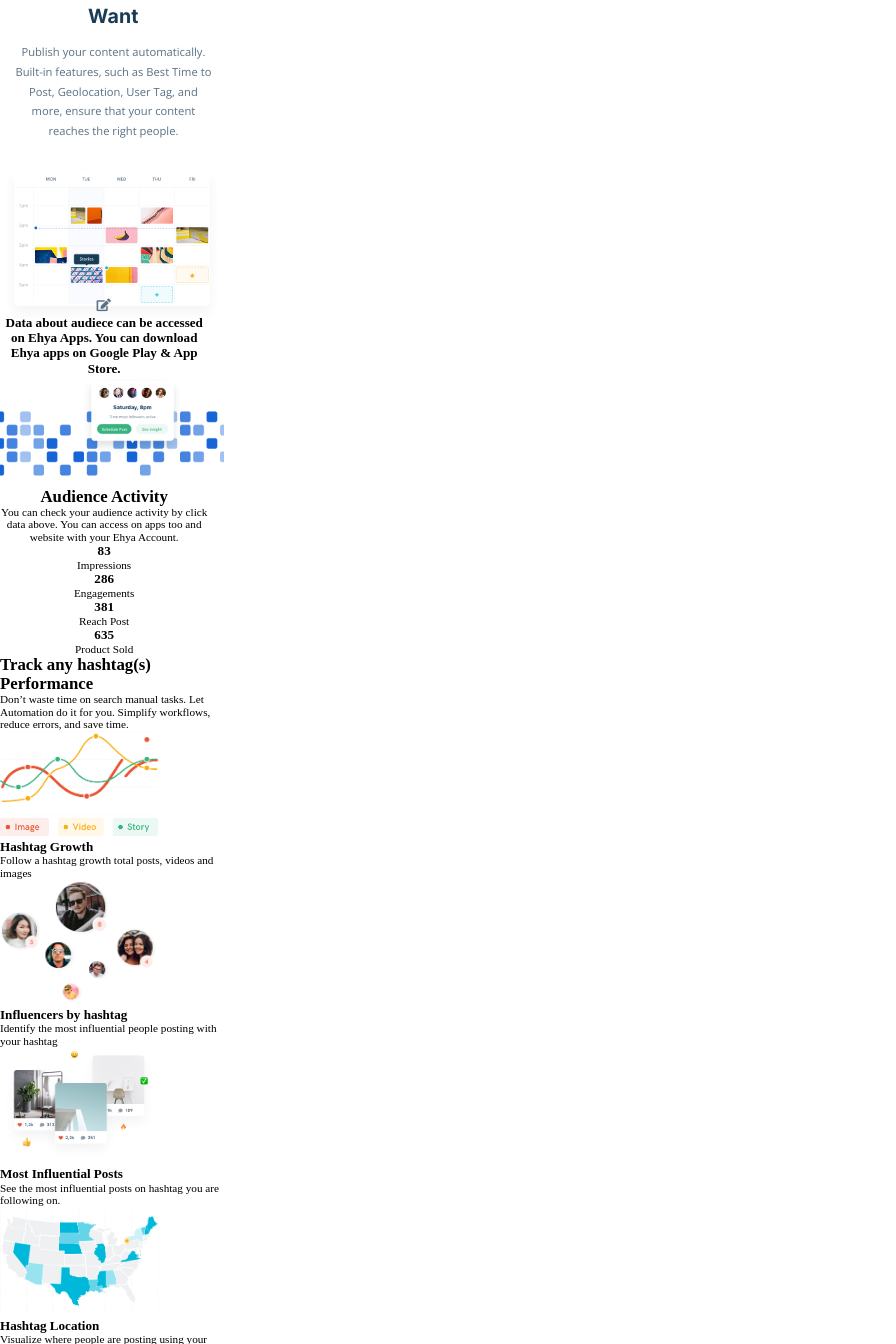
Repository: Eduardo-Tamborelli-Ferreira-lino/FrontEnd
Page: projetos/Prova-CSS/index.html
These files come from the project's save history. The page is drawn as it stood at one moment and after the next save; the edit follows.
The browser window is 1280 px wide. The pictures show the part of the page from y = 1678 to 3598 px (the page is 5156 px tall before and 5160 px after), at 70% of full size.

Above is the page before, as saved 2026-03-12 14:07:04.

### projetos/Prova-CSS/index.html
<!DOCTYPE html>
<html lang="en">

<head>
    <meta charset="UTF-8">
    <meta name="viewport" content="width=device-width, initial-scale=1.0">
    <link rel="stylesheet" href="style.css">
    <title>Ehya</title>
</head>

<body>
    <div id="background-start"></div>

    <!-- Construção do Header Para o Desktop e Mobile -->
    <header class="container">
        <div class="logo">
            <img src="./Image/Header/Logo.png" alt="Website brand logo">
        </div>
        <div id="menu-mobile">
            <img src="./Image/Header/Menu_hamburger.png" alt="Hamburger menu for website actions. ">
        </div>
        <div id="menu-desktop">
            <nav>
                <ul>
                    <li><a href="#">Home</a></li>
                    <li><a href="#">Landings</a></li>
                    <li><a href="#">Pages</a></li>
                    <li><a href="#">Docs</a></li>
                    <li><a href="#">Help</a></li>
                    <li><a href="#">Get it now</a></li>
                </ul>
            </nav>
        </div>

    </header>


    <main>

        <section id="hero">

            <div id="hero-content" , class="container">
                <div id="hero-title">
                    <h1>
                        Track Instagram
                        Business Performance
                    </h1>
                </div>
                <div id="hero-subtitle">
                    <p>
                        Ehya is the Instagram analytics platform teams use to stay focused on the goals, track
                        engagement for report your business .
                    </p>
                </div>
                <div id="hero-button">
                    <a href="#">Get 14-Days Trial</a>
                </div>
                <div id="Dashboard">
                    <img src="./Image/Main/Dashboard/Dashboard.png"
                        alt="Dashboard to the Most Imports Information on Brand">
                </div>
            </div>

        </section>

        <section id="partners" , class="container">

            <div id="all-partners">
                <div class="partners-image">
                    <div id="Slack">
                        <img src="./Image/Main/Brands/Slack.png" alt="Image of Partner Slack">
                    </div>
                </div>
                <div class="partners-image">
                    <div id="Netflix">
                        <img src="./Image/Main/Brands/Netflix.png" alt="Image of Partner Netflix">
                    </div>
                </div>
                <div class="partners-image">
                    <div id="Google">
                        <img src="./Image/Main/Brands/Google.png" alt="Image of Partner Google">
                    </div>
                </div>
                <div class="partners-image">
                    <div id="Airbnb">
                        <img src="./Image/Main/Brands/Airbnb.png" alt="Image of Partner Airbnb">
                    </div>
                </div>
                <div class="partners-image">
                    <div id="Uber">
                        <img src="./Image/Main/Brands/Uber.png" alt="Image of Partner Uber">
                    </div>
                </div>




            </div>

        </section>

        <div class="line-divider"></div>

        <section id="main-content" , class="container">

            <div id="Feature">

                <div id="impressions">
                    <div id="impressions-title">
                        <h2>
                            Measure Impressions
                            and Reach Post
                        </h2>
                    </div>
                    <div id="impressions-subtitle">
                        <p>
                            Graphs displaying your performance
                            for metrics like follower
                            evolution, average engagement rate
                            per post and reach
                            and impressions to give you the
                            insights.
                        </p>
                    </div>
                    <div id="impressions-button">
                        <a href="#">Learn More</a>
                        <img src="./Image/Main/Icons/Icon_Arrow.png"
                            alt="Arrow to indicate that the button leads to another page. ">
                    </div>
                    <div id="impressions-graph">
                        <img src="./Image/Main/Graph/Graph.png"
                            alt="Graph of Impressions and Reach History of the Brand">
                    </div>
                </div>

                <div id="schedule">

                    <div id="schedule-title">
                        <h2>
                            Schedule Your Post
                            Whenever You Want
                        </h2>
                    </div>
                    <div id="schedule-subtitle">
                        <p>
                            Publish your content automatically. Built-in features, such as Best Time to Post,
                            Geolocation, User Tag, and more, ensure that your content reaches the right people.
                        </p>
                    </div>
                    <div id="schedule-graph">
                        <img src="./Image/Main/Graph/Week_Graph .png" alt="Graph of week's agenda">
                    </div>
                    <div id="line-divider-schedule"></div>
                    <div id="schedule-help">
                        <img src="./Image/Main/Icons/Icon_pencil.png" alt="icon to indicate editing">
                        <h3>
                            Data about audiece can be accessed on Ehya Apps.
                            You can download Ehya apps on Google Play & App Store.
                        </h3>
                    </div>

                </div>

            </div>

            <div id="audience">

                <div id="audience-image">
                    <img src="./Image/Main/Graph/follows_Graph .png" alt="Audience Viewing Image">
                </div>

                <div id="audience-title">
                    <h2>
                        Audience Activity
                    </h2>
                </div>

                <div id="audience-subtitle">
                    <p>
                        You can check your audience activity by click data above.
                        You can access on apps too and website with your Ehya Account.
                    </p>
                </div>

                <div id="audience-activity">
                    <div class="audience-informations">
                        <h3>
                            83
                        </h3>
                        <p>
                            Impressions
                        </p>
                    </div>
                    <div class="audience-informations">
                        <h3>
                            286
                        </h3>
                        <p>
                            Engagements
                        </p>
                    </div>
                    <div class="audience-informations">
                        <h3>
                            381
                        </h3>
                        <p>
                            Reach Post
                        </p>
                    </div>
                    <div class="audience-informations">
                        <h3>
                            635
                        </h3>
                        <p>
                            Product Sold
                        </p>
                    </div>
                </div>

            </div>

        </section>

        <section id="track-background">

            <section id="track-hashtag" , class="container">

                <div id="track-title">
                    <h2>
                        Track any hashtag(s) Performance
                    </h2>
                </div>
                <div id="track-subtitle">
                    <p>
                        Don’t waste time on search manual tasks. Let Automation do it for you.
                        Simplify workflows, reduce errors, and save time.
                    </p>
                </div>
                <div class="track-card">
                    <div id="card-graph">
                        <img src="./Image/Main/Track-card/Graph-card.png" alt="Graph of hashtag Growth">
                    </div>
                    <div id="Graph-description">
                        <img src="./Image/Main/Track-card/Graph-information.png"
                            alt="Description of each line in the graph">
                    </div>
                    <div class="card-title">
                        <h3>
                            Hashtag Growth
                        </h3>
                    </div>
                    <div class="card-subtitle">
                        <p>
                            Follow a hashtag growth total posts, videos
                            and images
                        </p>
                    </div>
                </div>
                <div class="track-card">
                    <div id="card-image">
                        <img src="./Image/Main/Track-card/Influencers.png" alt="Influencers by hashtag">
                    </div>
                    <div class="card-title">
                        <h3>
                            Influencers by hashtag
                        </h3>
                    </div>
                    <div class="card-subtitle">
                        <p>
                            Identify the most influential people posting with
                            your hashtag
                        </p>
                    </div>
                </div>
                <div class="track-card">
                    <div id="card-posts">
                        <img src="./Image/Main/Track-card/Posts.png" alt="Most Influential Posts">
                    </div>
                    <div class="card-title">
                        <h3>
                            Most Influential Posts
                        </h3>
                    </div>
                    <div class="card-subtitle">
                        <p>
                            See the most influential posts on hashtag you
                            are following on.
                        </p>
                    </div>
                </div>
                <div class="track-card">
                    <div id="card-Map">
                        <img src="./Image/Main/Track-card/Map.png" alt="Map of Hashtag Location">
                    </div>
                    <div class="card-title">
                        <h3>
                            Hashtag Location
                        </h3>
                    </div>
                    <div class="card-subtitle">
                        <p>
                            Visualize where people are posting using your
                            hashtag made.
                        </p>
                    </div>
                </div>
            </section>

            <div class="line-divider"></div>

            <section id="testimonials" , class="container">

                <div id="testimonials-hearder">
                    <div id="testimonials-title">
                        <h3>
                            Ehya is loved by users
                        </h3>
                    </div>
                    <div id="testimonials-arrows">
                        <img src="./Image/Main/testimonials/Button-arrow-left.png"
                            alt="Left Arrom To Move for the last testimonials">
                        <img src="./Image/Main/testimonials/Button-arrow-right.png"
                            alt="Right Arrom To Move for the Next testimonials">
                    </div>
                </div>
                <div id="testimonials-box">
                    <div class="testimonials-card">
                        <div class="card-photos">
                            <img src="./Image/Main/testimonials/Photo-jaquon.png" alt="Photo of Jaquon Hart">
                        </div>
                        <div class="card-stars">
                            <img src="./Image/Main/testimonials/Star-Jaquon.png" alt="User Rating">
                        </div>
                        <div class="testimonials-text">
                            <h5>
                                “With Ehya, we’re able to easily track our performance in full detail.
                                It’s become an essential tool for us to grow and engage with our audience.”
                            </h5>
                        </div>
                        <div class="testimonials-identification">
                            <h4 class="testimonials-name">
                                Jaquon Hart
                            </h4>
                            <p class="testimonials-Job">
                                Digital Marketing Executive, Hypebeast
                            </p>
                        </div>
                    </div>
                    <div class="testimonials-card">
                        <div class="card-photos">
                            <img src="./Image/Main/testimonials/Phto-Harider.png" alt="Photo of Harider Bharwal">
                        </div>
                        <div class="card-stars">
                            <img src="./Image/Main/testimonials/Star-Harider.png" alt="User Rating">
                        </div>
                        <div class="testimonials-text">
                            <h5>
                                “With Ehya, we’re able to easily track our performance in full detail.
                                It’s become an essential tool for us to grow and engage with our audience.”
                            </h5>
                        </div>
                        <div class="testimonials-identification">
                            <h4 class="testimonials-name">
                                Harider Bharwal
                            </h4>
                            <p class="testimonials-Job">
                                Product Manager of Salestation Asia
                            </p>
                        </div>
                    </div>
                </div>

            </section>

        </section>


        <section id="sing-up">

            <div id="sign-box">
                <div id="sign-left-image">
                    <img src="./Image/Main/Sing/Left-side.png" alt="Left Side Images">
                </div>
                <div id="sign-information">
                    <div id="Information-title">
                        <h2>
                            Grow your brand
                            presence on social media.
                        </h2>
                    </div>
                    <div id="Information-text">
                        <p>
                            Try Ehya free for 14 days. No credit card required.
                        </p>
                    </div>
                    <div id="Information-button">
                        <a href="#">Sign Up for Free Trial</a>
                    </div>
                </div>
                <div id="sign-right-image">
                    <img src="./Image/Main/Sing/Right side.png" alt="right Side Images">
                </div>
            </div>

        </section>

    </main>

    <footer>

        <section id="main-footer" , class="container">

            <section id="footer-about">
                <div class="logo">
                    <img src="./Image/Header/Logo.png" alt="Logo of the brand">
                </div>
                <div id="footer-about-description">
                    <p>
                        Build a modern and creative website with crealand
                    </p>
                </div>
                <div id="about-social-icons">
                    <img src="./Image/Footer/Icons/Google-icon.png" alt="Google Icon">
                    <img src="./Image/Footer/Icons/Twitter-icon.png" alt="Twitter Icon">
                    <img src="./Image/Footer/Icons/Instagram-icon.png" alt="Instagram Icon">
                    <img src="./Image/Footer/Icons/linkedin-icon.png" alt="Linkedin Icon">
                </div>
            </section>

            <section id="links-products">
                <div class="links-box">
                    <div class="links-title">
                        Product
                    </div>
                    <div class="links">
                        <nav>
                            <ul>
                                <li><a href="#">Landingpage</a></li>
                                <li><a href="#">Features</a></li>
                                <li><a href="#">Documentation</a></li>
                                <li><a href="#">Referral Program</a></li>
                                <li><a href="#">Pricing</a></li>
                            </ul>
                        </nav>
                    </div>
                </div>
                <div class="links-box">
                    <div class="links-title">
                        Services
                    </div>
                    <div class="links">
                        <nav>
                            <ul>
                                <li><a href="#">Documentation</a></li>
                                <li><a href="#">Design</a></li>
                                <li><a href="#">Themes</a></li>
                                <li><a href="#">Illustrations</a></li>
                                <li><a href="#">UI Kit</a></li>
                            </ul>
                        </nav>
                    </div>
                </div>
                <div class="links-box">
                    <div class="links-title">
                        Company
                    </div>
                    <div class="links">
                        <nav>
                            <ul>
                                <li><a href="#">About</a></li>
                                <li><a href="#">Terms</a></li>
                                <li><a href="#">Privacy Policy</a></li>
                                <li><a href="#">Careers</a></li>
                            </ul>
                        </nav>
                    </div>
                </div>
                <div class="links-box">
                    <div class="links-title">
                        More
                    </div>
                    <div class="links">
                        <nav>
                            <ul>
                                <li><a href="#">Documentation</a></li>
                                <li><a href="#">License</a></li>
                                <li><a href="#">Changelog</a></li>
                            </ul>
                        </nav>
                    </div>
                </div>
            </section>

            <section id="copyright">

                <div id="copyright-heart">
                    <img src="./Image/Footer/Heart/Heart.png" alt="Heart Icon">
                </div>
                <div id="copyright-text">
                    <p>
                        Copyright © 2019. Crafted with love.
                    </p>
                </div>

            </section>

        </section>

    </footer>

</body>

</html>

### projetos/Prova-CSS/style.css
@import url('https://fonts.googleapis.com/css2?family=Inter:ital,opsz,wght@0,14..32,100..900;1,14..32,100..900&family=Open+Sans:ital,wght@0,300..800;1,300..800&display=swap');

*{
    padding: 0;
    margin: 0;
    box-sizing: border-box;
}

:root{
    --Title-font: "Inter";
    --Text-font: "Open Sans";
    --Numbers-color: #FAAD13;
    --title-color:#183B56;
    --Text-color: #5A7184;
    --color-track: #F9FBFE;
    --color-header: rgba(250, 173, 19, 0.1);
    --links-color: #183B56;
}

a{
    text-decoration: none;
    color: var(--links-color);
}

li{
    list-style: none;
    cursor: pointer;
}

body{
    width: 20rem;
    height: 100vh;
}

#background-start{
    width: 20rem;
    height: 36.125rem;
    background-color: var(--color-header);
    position: absolute;
    z-index: -2;
    margin: 0 auto;
    top: 0;
    left: 0;
}

header{
    display: flex;
    justify-content: space-around;
    align-items: center;
    z-index: 10;
    gap: 10.688rem;
    margin: 1.125rem 1.5rem 3rem 1.125rem;
}

#menu-desktop{
    display: none;
}

#hero{
    width: 20rem;
    text-align: center;
}

#hero-title h1{
    font-family: var(--Title-font);
    font-weight: 700;
    font-size: 2rem;
    line-height: 2.5rem;
    letter-spacing: 0.013rem;
    color: var(--title-color);
    margin-bottom: 1.5rem;
}

#hero-subtitle p{
    width: 17.5rem;
    font-family: var(--Text-font);
    color: var(--Text-color);
    font-weight: 400;
    font-size: 1rem;
    line-height: 1.75rem;
    letter-spacing: 0;
    margin: 0 1.25rem 2.5rem 1.25rem;
}

#hero-button{
    display: flex;
    justify-content: center;
    align-items: center;
    width: 12.5rem;
    height: 3rem;
    background-color: #183B56;
    border-radius: 0.5rem;
    margin: 0 3.75rem;
}

#hero-button a{
    color: #FFFFFF;
    font-size: 1rem;
    font-weight: 700;
    line-height: 100%;
    letter-spacing: 0;
    text-align: center;
}

#Dashboard img{
    margin-top: 3rem;
    margin-bottom: 4rem;
}

#partners{
    width: 18.471rem;
    height: 11.344rem;
    margin-left: 0.75rem;
}

#all-partners{
    display: flex;
    gap: 1rem;
    flex-wrap: wrap;
}

.partners-image{
    width: 42%;
    flex-grow: 0;
}

#Uber{
    margin-left: 4.063rem;
}

.line-divider{
    width: 17.5rem;
    height: 0.063rem;
    border-radius: 0.063rem;
    background-color: #E3E7ED;
    margin-left: 1.25rem;
    margin-bottom: 4.031rem;
}

#main-content{
    width: 18.6rem;
    text-align: center;
}

#impressions-title h2{
    width: 17.5rem;
    font-weight: 700;
    font-size: 1.5rem;
    line-height: 2.25rem;
    letter-spacing: 0.013rem;
    color: var(--title-color);
    font-family: var(--Title-font);
    margin: auto 1.375rem;
}

#impressions-subtitle p{
    width: 17.5rem;
    font-family: var(--Text-font);
    font-weight: 400;
    font-size: 1rem;
    line-height: 1.75rem;
    letter-spacing: 0;
    color: var(--Text-color);
    margin: 1.25rem 0 2rem 1.375rem;
}

#impressions-button{
    width: 7.313rem;
    margin: 0 0 2.25rem 6.5rem;
    display: flex;
    justify-content: center;
    align-items: center;
    gap: 0.75rem;
}

#impressions-button a{
    font-weight: 700;
    font-size: 1rem;
    line-height: 100%;
    letter-spacing: 0;
    font-family: var(--Text-font);
    color: #1565D8;
}

#impressions-button img{
    width: 0.688rem;
    height: 0.875rem;
}

#impressions-graph img{
    width: 17.724rem;
    margin-left: 2.188rem;
    margin-bottom: 4.533rem;
}

#schedule-title h2{
    width: 17.5rem;
    font-weight: 700;
    font-size: 1.75rem;
    line-height: 2.25rem;
    letter-spacing: 0.013rem;
    color: var(--title-color);
    font-family: var(--Title-font);
    margin: auto 1.375rem;
}

#schedule-subtitle p{
    width: 17.5rem;
    font-family: var(--Text-font);
    font-weight: 400;
    font-size: 1rem;
    line-height: 1.75rem;
    letter-spacing: 0;
    color: var(--Text-color);
    margin: 1.25rem 0 2rem 1.375rem;
}

#schedule-graph{
    width: 17.5;
    height: 12.108rem;
}

.track-card img{
    width: 14.156rem;
}

#sign-box img{
    width: 14.156rem;
}

After the next save:
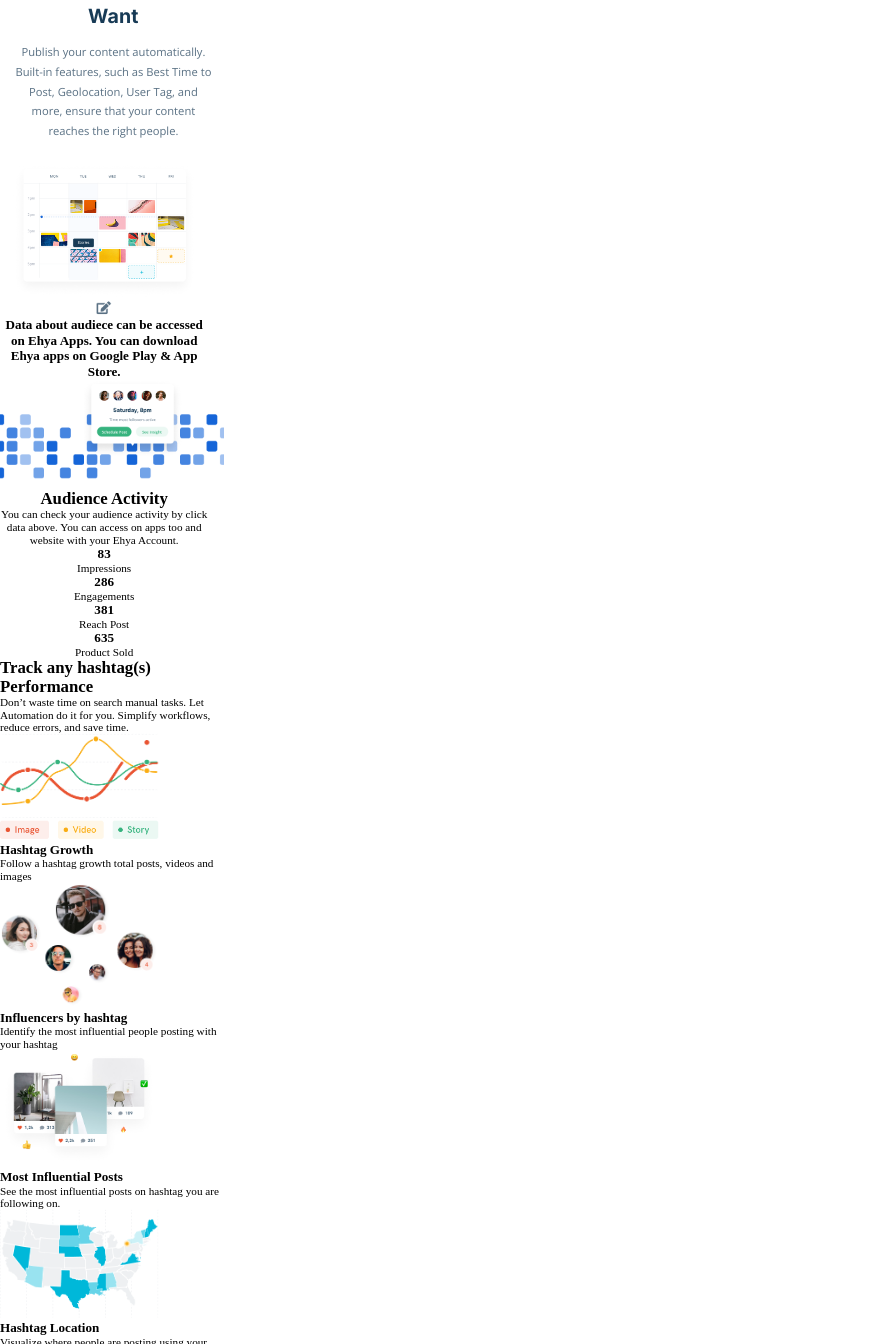
Saved 8 s later.
--- a/projetos/Prova-CSS/style.css
+++ b/projetos/Prova-CSS/style.css
@@ -215,7 +215,7 @@
     margin: 1.25rem 0 2rem 1.375rem;
 }
 
-#schedule-graph{
+#schedule-graph img{
     width: 17.5;
     height: 12.108rem;
 }
